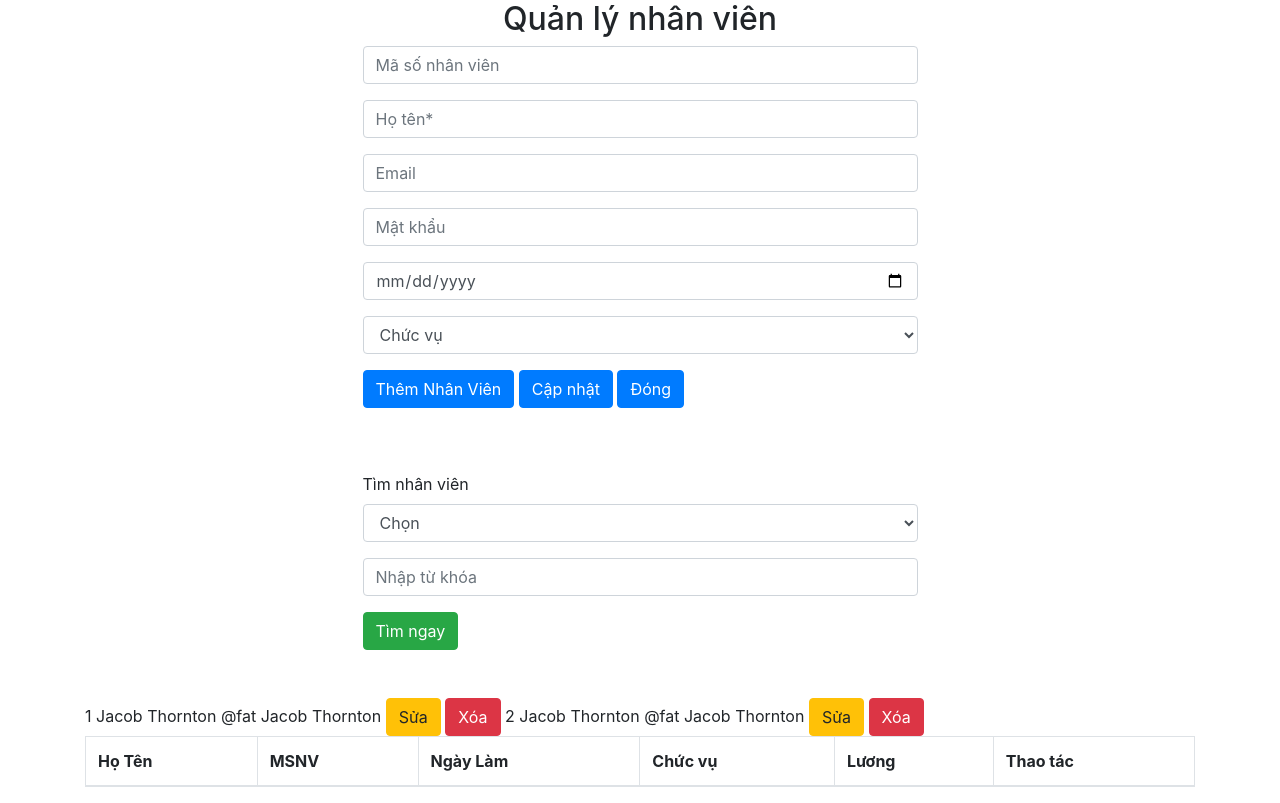
Repository: dovanthao2404/quanlynhanvien
Page: index.html
An editor plug-in stored every save of this project. The page is shown before and after the next save, followed by the edit.
The browser window is 1280 px wide. The pictures show the whole page.

Above is the page before, as saved 2021-06-29 22:11:29.

After the next save:
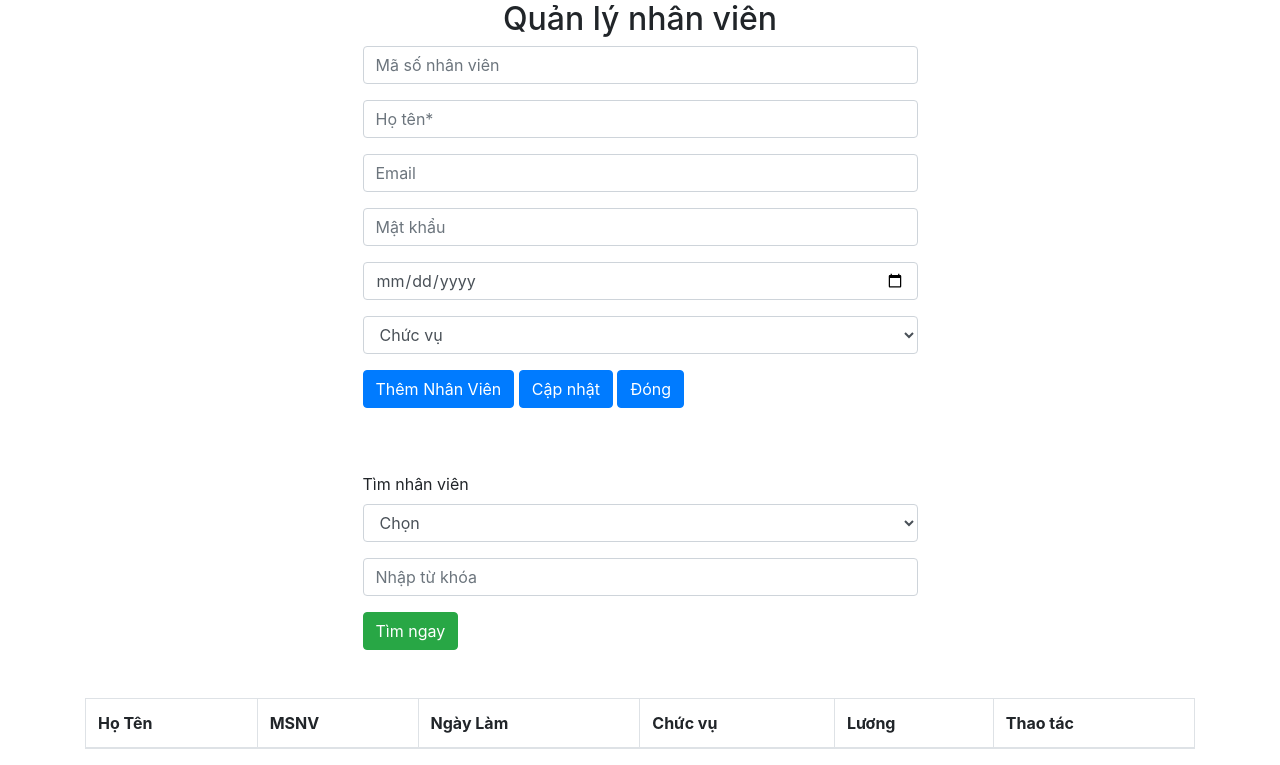
Console error: SyntaxError: Invalid or unexpected token
Saved 2 min 29 s later.
--- a/js/main.js
+++ b/js/main.js
@@ -45,8 +45,8 @@
   let htmls = '';
   let soNV = dsnv.length;
   for (let i = 0; i < soNV; i++) {
-    htmls += `<tr>
-    <th scope="row">${dsnv[i].maNV}</th>
+    htmls += '<tr>
+      < th scope = "row" > ${ dsnv[i].maNV }</th >
     <td>Jacob</td>
     <td>Thornton</td>
     <td>@fat</td>
@@ -56,8 +56,8 @@
       <button class="btn btn-warning" id="sua">Sửa</button>
       <button class="btn btn-danger" id="xoa">Xóa</button>
     </td>
-  </tr>
-  `
+  </tr >
+      '
   }
   tbody.innerHTML = htmls;
 }

After the 4 saves that followed:
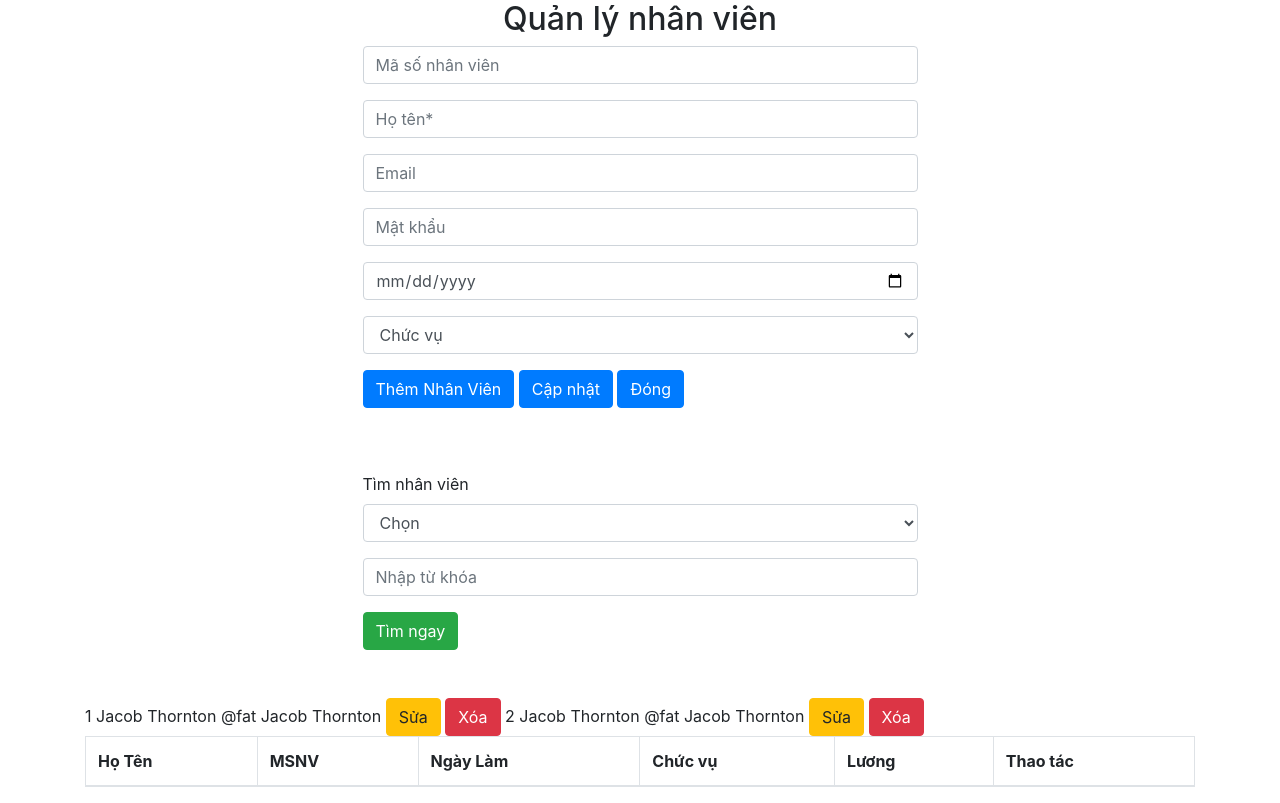
The error is gone.
The 4 saves are shown as one change because 2 left the picture as it was and some came seconds apart.
The last was saved 47 s later.
--- a/js/main.js
+++ b/js/main.js
@@ -45,19 +45,18 @@
   let htmls = '';
   let soNV = dsnv.length;
   for (let i = 0; i < soNV; i++) {
-    htmls += '<tr>
-      < th scope = "row" > ${ dsnv[i].maNV }</th >
-    <td>Jacob</td>
-    <td>Thornton</td>
-    <td>@fat</td>
-    <td>Jacob</td>
-    <td>Thornton</td>
-    <td>
-      <button class="btn btn-warning" id="sua">Sửa</button>
-      <button class="btn btn-danger" id="xoa">Xóa</button>
-    </td>
-  </tr >
-      '
+    htmls += `<tr>
+      <th scope="row">${dsnv[i].maNV}</th>
+      <td>Jacob</td>
+      <td>Thornton</td>
+      <td>@fat</td>
+      <td>Jacob</td>
+      <td>Thornton</td>
+      <td>
+        <button class="btn btn-warning" id="sua">Sửa</button>
+        <button class="btn btn-danger" id="xoa">Xóa</button>
+      </td>
+    </tr>`
   }
   tbody.innerHTML = htmls;
 }
